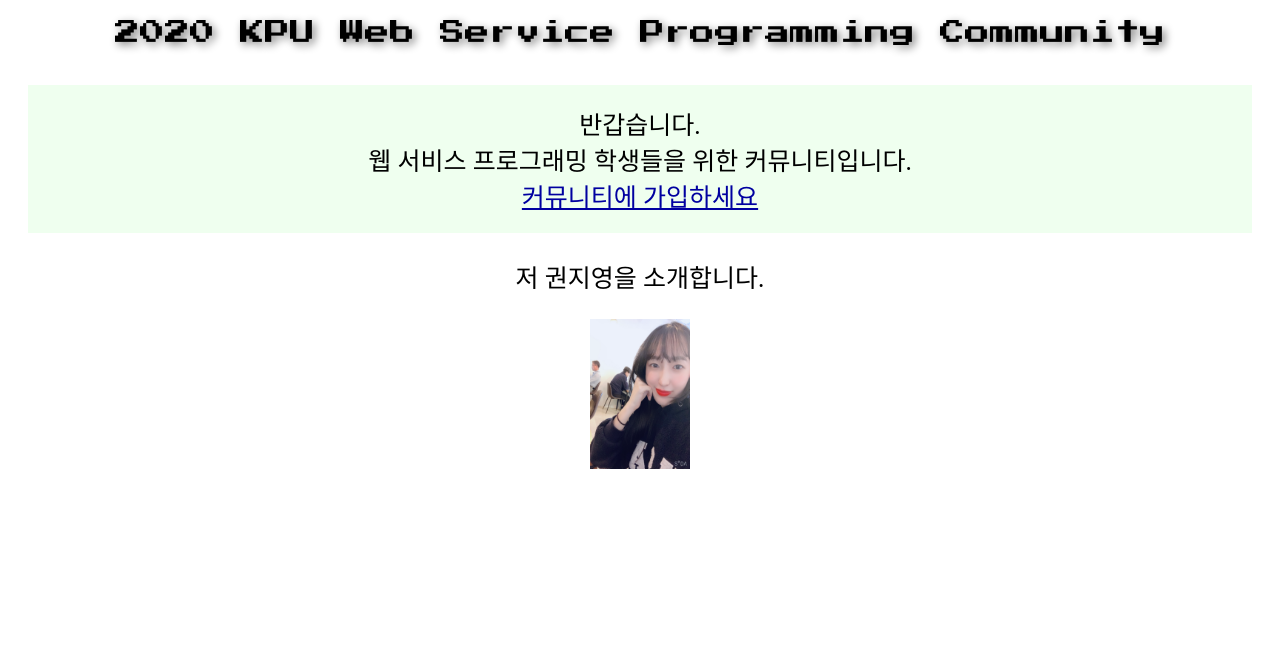
Repository: JiYoung-Kwon/WebProgramming
Page: workspace_20206R/kwonjiyoung_reg/WebContent/welcome.html
The author's editor kept a copy of each file at every save. The page is drawn from the files as they stood at one save, then again after the next save.
The browser window is 1280 px wide. The pictures show the whole page.
Some web fonts or font styles are not loaded; a fallback is used.

Above is the page before, as saved 2020-10-07 07:44:26.

### workspace_20206R/kwonjiyoung_reg/WebContent/welcome.html
<!DOCTYPE html>
<html>

<head>
<meta charset="UTF-8">
<title>Web Service Programming Homework</title>
<link rel = "stylesheet" href="resources/register.css" type="text/css"></link>
</head>

<body>
	<header> 2020 KPU Web Service Programming Community </header>

	<audio src="resources/물방울 - Tido Kang.mp3" autoplay>
	</audio>


	<p id=sect>반갑습니다. <br> 웹 서비스 프로그래밍 학생들을 위한 커뮤니티입니다. <br>
		<a href="http://localhost:8080/kwonjiyoung_reg/StudentServlet?cmd=join" target="_self" > 커뮤니티에 가입하세요</a>
	</p>

	<div>
		<p> 저 권지영을 소개합니다. </p>

		<img src = "resources/Jiyoung.jpg" alt="jiyoung" width="100" height="150">
	</div>
</body>
</html>

### workspace_20206R/kwonjiyoung_reg/WebContent/resources/register.css
@charset "UTF-8";
@import url('https://fonts.googleapis.com/css2?family=Press+Start+2P&display=swap');
@import url('https://fonts.googleapis.com/css2?family=Nanum+Pen+Script&display=swap');
	header
	{
		margin : 20px 10px 40px 10px;
		font-family: 'Press Start 2P', cursive;
		font-size: 25px;
		text-shadow: 3px 3px 8px gray;
		text-align: center;
	}
	body{
		color: black;
		font-family: 'Nanum Pen Script', cursive;
		font-size: 25px;
	}
	div{
		margin-left: auto;
		margin-right: auto;
		width: 70%;
		text-align: center;
	}
	ul{
		list-style:none;
		text-align:left;
		background-color:#FAFEE2;
		margin-left:20px;
		margin-right: 20px;
		padding-top:20px; padding-bottom:20px;
	}
	#sect{
		background-color:#EFFFEF;
		text-align:center;
		margin:20px;
		padding:20px;
	}
	a{
		text-decoration: underline;
		color: #0000a0;
	}
	table{
		border-collapse: collapse;
		width:100%;
	}
	th{
		border: 1px solid lightgray;
		padding: 5px;
		width: 30%;
	}
	td{
		border: 1px solid lightgray;
		padding: 5px;
		width: 70%;
	}

After the next save:
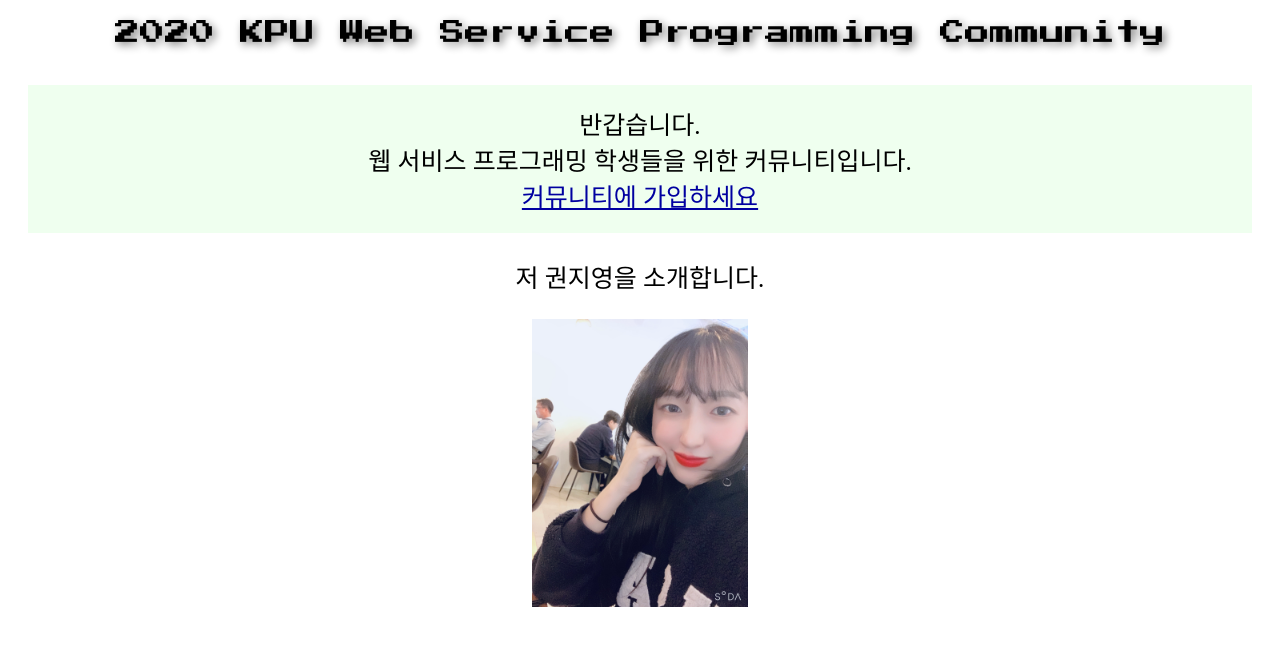
Saved 36 s later.
--- a/workspace_20206R/kwonjiyoung_reg/WebContent/welcome.html
+++ b/workspace_20206R/kwonjiyoung_reg/WebContent/welcome.html
@@ -21,7 +21,7 @@
 	<div>
 		<p> 저 권지영을 소개합니다. </p>
 
-		<img src = "resources/Jiyoung.jpg" alt="jiyoung" width="100" height="150">
+		<img src = "resources/Jiyoung.jpg" alt="jiyoung" width="216" height="288">
 	</div>
 </body>
 </html>
